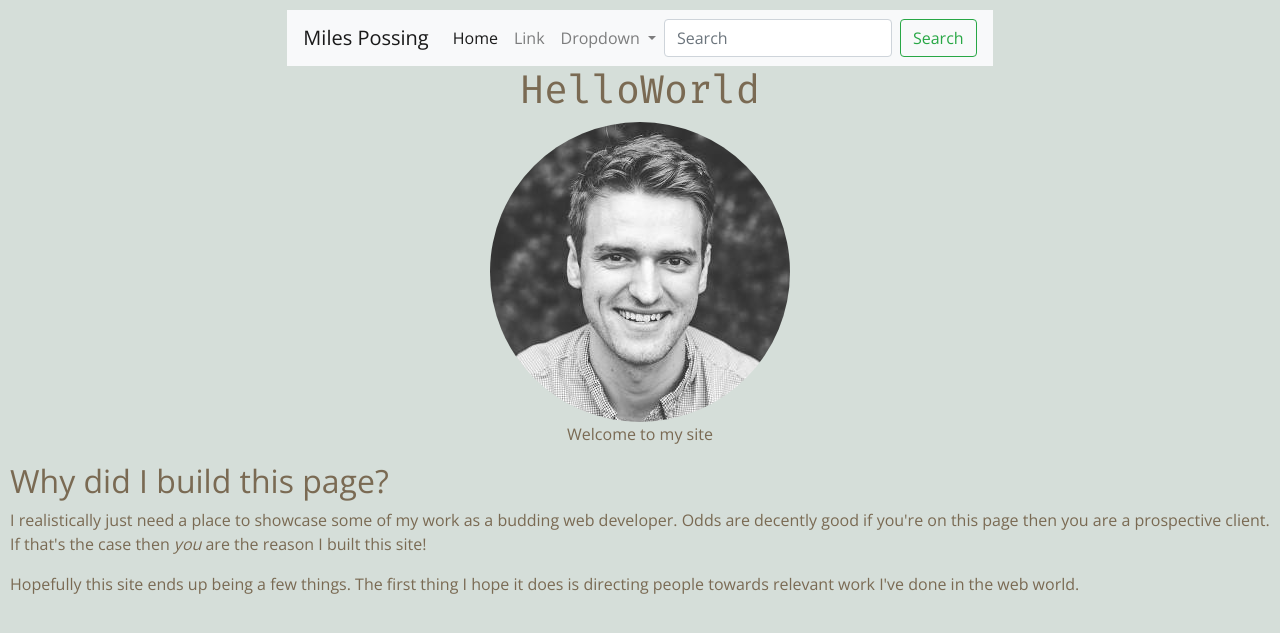
Repository: milespossing/Personal-Page
Page: index.html
An editor plug-in stored every save of this project. The page is shown before and after the next save, followed by the edit.
The browser window is 1280 px wide. The pictures show the whole page.

Above is the page before, as saved 2019-09-25 07:10:56.

After the next save:
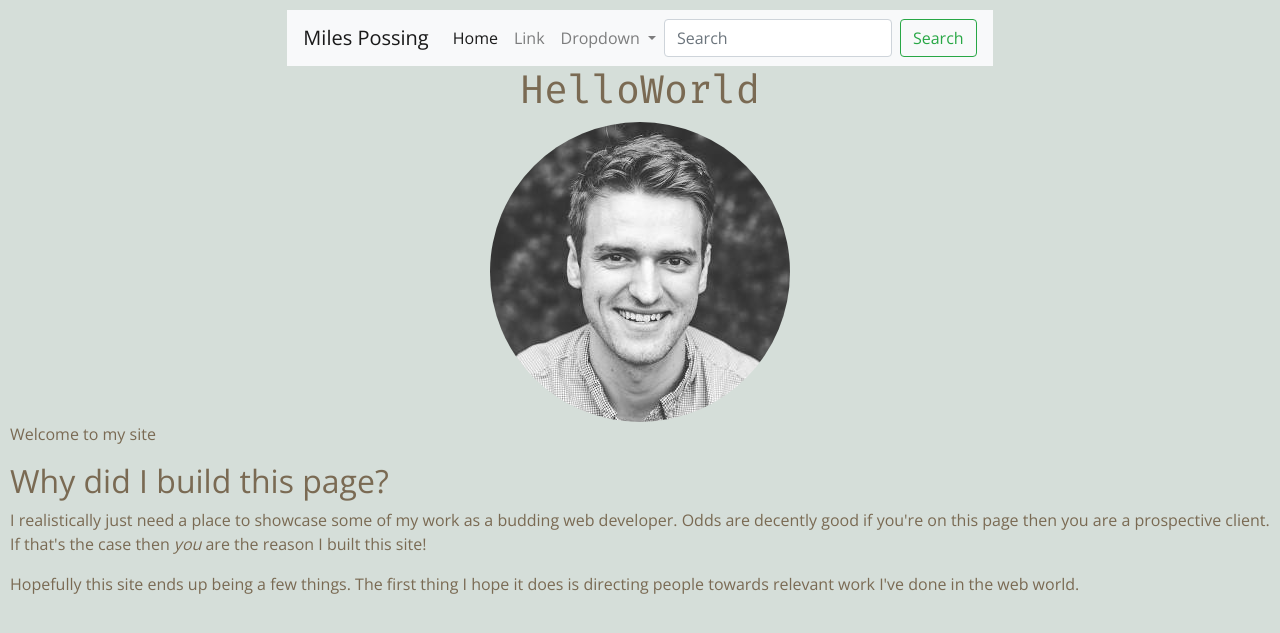
Saved 23 s later.
--- a/index.html
+++ b/index.html
@@ -36,17 +36,19 @@
             </form>
         </div>
     </nav>
-    <div class="Site-Header">
-        <h1 class="code">HelloWorld</h1>
+    <div class="body-content">
+        <div class="Site-Header">
+            <h1 class="code">HelloWorld</h1>
+            <div>
+                <img src="Images/simple-headshot.jpeg" class="Display-Picture"/>
+            </div>
+        </div>
+        <p>Welcome to my site</p>
         <div>
-            <img src="Images/simple-headshot.jpeg" class="Display-Picture"/>
+            <h2>Why did I build this page?</h2>
+            <p>I realistically just need a place to showcase some of my work as a budding web developer. Odds are decently good if you're on this page then you are a prospective client. If that's the case then <em>you</em> are the reason I built this site!</p>
+            <p>Hopefully this site ends up being a few things. The first thing I hope it does is directing people towards relevant work I've done in the web world.</p>
         </div>
-    </div>
-    <p>Welcome to my site</p>
-    <div>
-        <h2>Why did I build this page?</h2>
-        <p>I realistically just need a place to showcase some of my work as a budding web developer. Odds are decently good if you're on this page then you are a prospective client. If that's the case then <em>you</em> are the reason I built this site!</p>
-        <p>Hopefully this site ends up being a few things. The first thing I hope it does is directing people towards relevant work I've done in the web world.</p>
     </div>
 
 </body>
